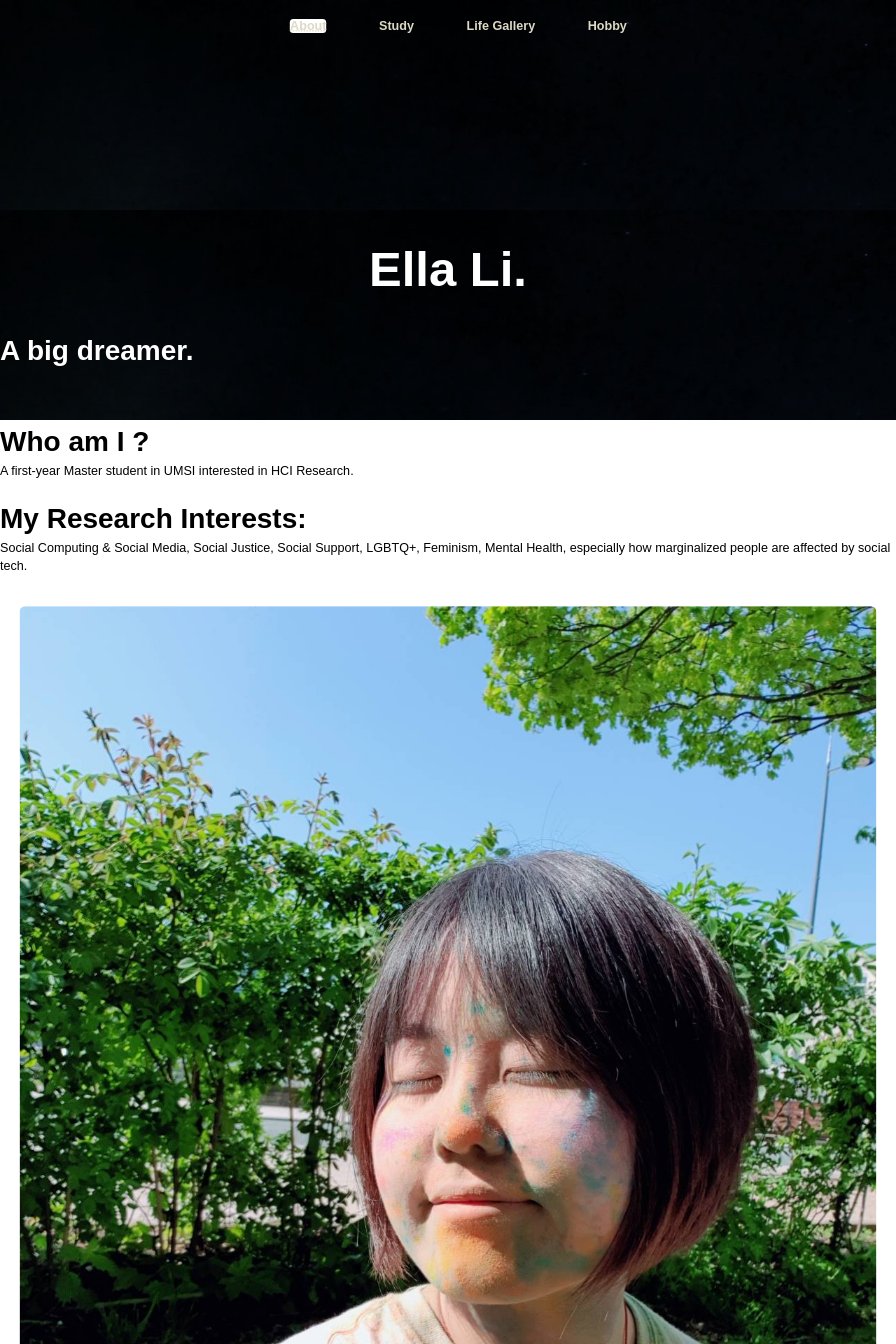
Repository: jiaqili0803/SI_539
Page: project/about.html
An editor plug-in stored every save of this project. The page is shown before and after the next save, followed by the edit.
The browser window is 1280 px wide. The pictures show the part of the page from y = 0 to 1920 px (the page is 13355 px tall), at 70% of full size.
Backgrounds fixed to the window are drawn as part of the page.

Above is the page before, as saved 2021-12-10 17:24:21.

After the next save:
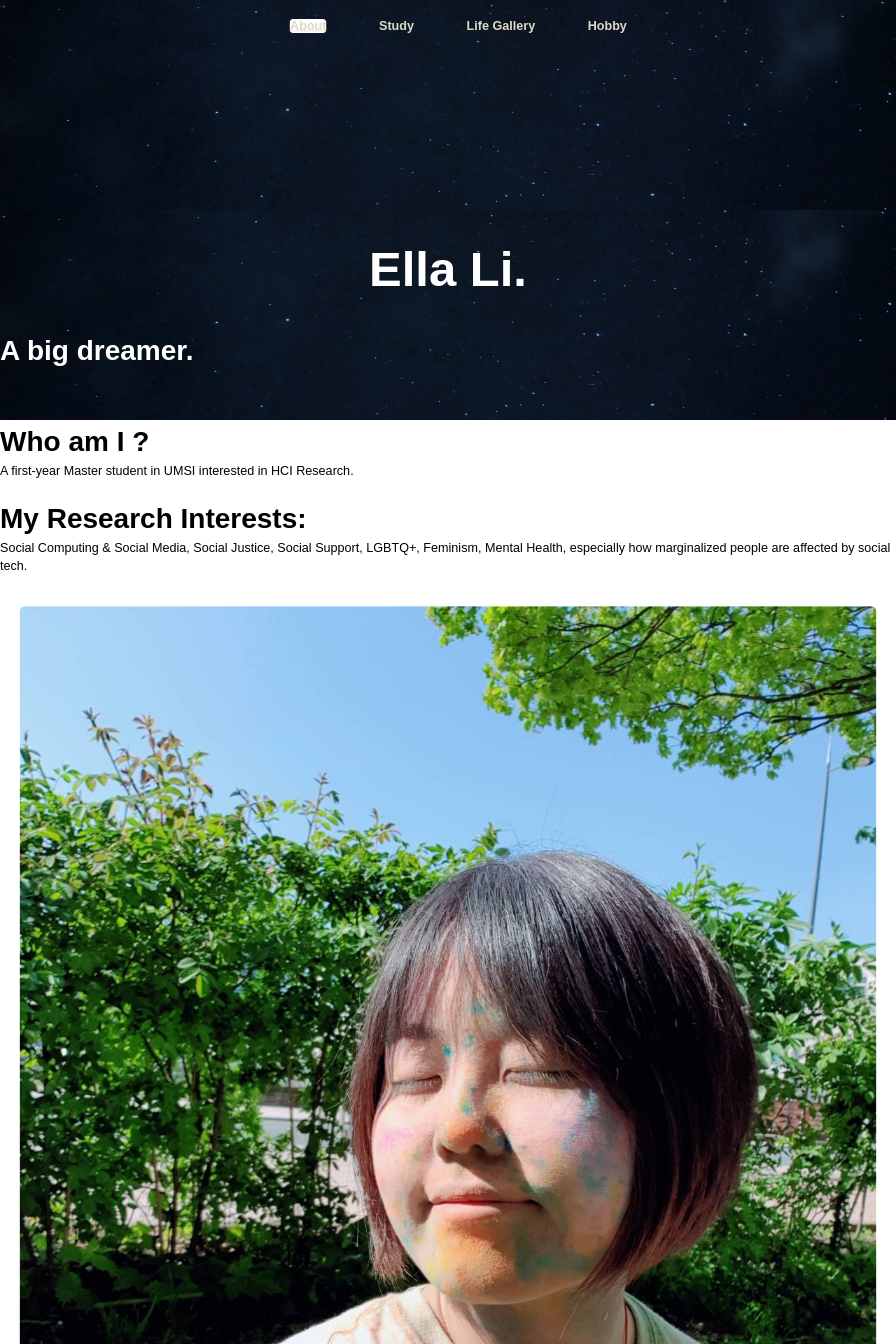
Saved 2 min 8 s later.
--- a/project/css/style.css
+++ b/project/css/style.css
@@ -22,6 +22,10 @@ header{
   grid-row: 1/span 1;
   /* background: #89B5AF; */
   background-image: url("/images/bgimage/universe.jpg");
+
+  background-attachment: fixed; /* Parallax effect */
+  background-position: center; /* Parallax effect */
+  background-size: cover; /* Parallax effect */
 }
 
 
